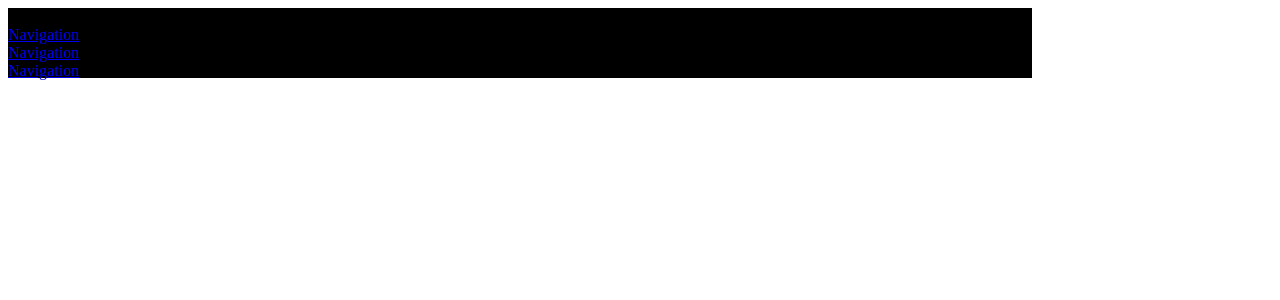
Repository: piotrokrutniak/Projekt-Studia
Page: index.html
These files come from the project's save history. The page is drawn as it stood at one moment and after the next save; the edit follows.
The browser window is 1280 px wide. The pictures show the whole page.

Above is the page before, as saved 2023-03-04 02:12:08.

### index.html
<!DOCTYPE html>
<head>
    <meta charset="UTF-8" />
    <meta http-equiv="X-UA-Compatible" content="IE=edge" />
    <meta name="viewport" content="width=device-width, initial-scale=1.0" />
    <link rel="stylesheet" type="text/css" href="styles.css" />
    <title>Websute Title</title>
</head>
<body>
    <div class="navbar-container">
        <div class="navbar">
            <div class="logo">WebsiteLogo</div>
            <div class="navigation">
                <a href="/index">
                    <div class="navigation-button">
                        Navigation
                    </div>
                </a>
                <a href="/index">
                    <div class="navigation-button">
                        Navigation
                    </div>
                </a>
                <a href="/index">
                    <div class="navigation-button">
                        Navigation
                    </div>
                </a>
            </div>
        </div>
    </div>
</body>

### styles.css
.navbar{
    width: 100%;
    height: 70px;
    background: black;
    position: sticky;
    top: 0;
}

.navbar-container{
    position: relative;
    max-width: 1024px;
    min-width: 328px;
    align-self: center;
}

After the next save:
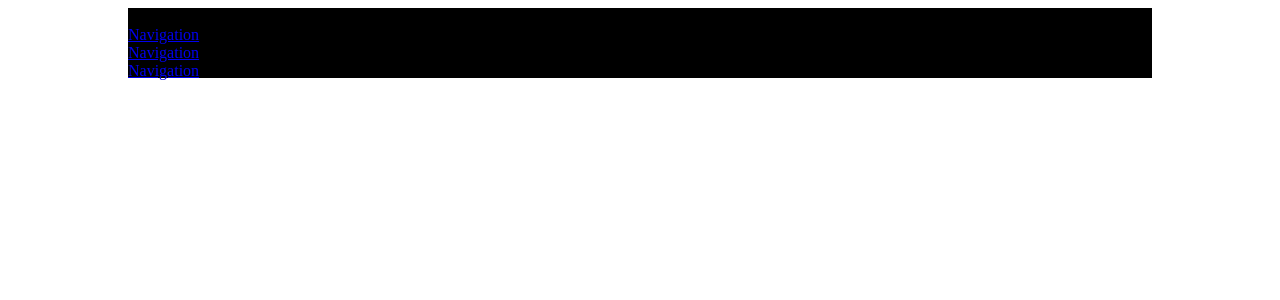
Saved 6 s later.
--- a/styles.css
+++ b/styles.css
@@ -10,5 +10,5 @@
     position: relative;
     max-width: 1024px;
     min-width: 328px;
-    align-self: center;
+    margin: auto;
 }
